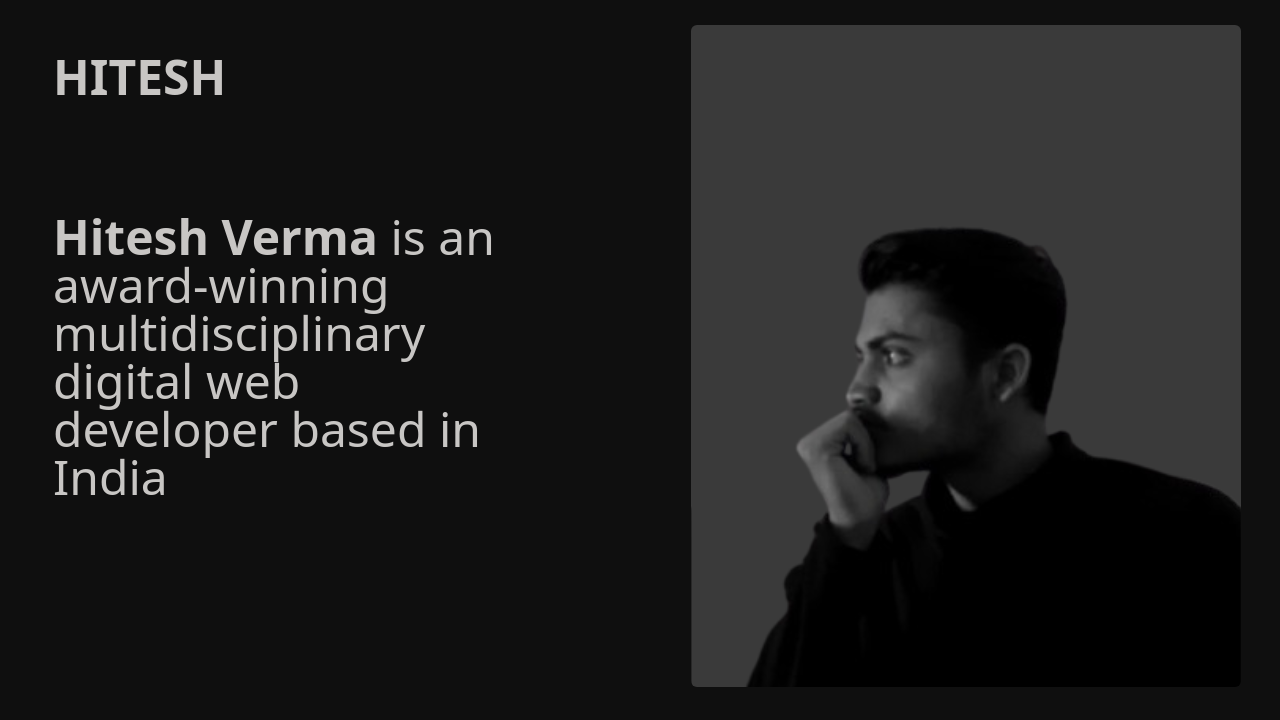
Repository: hitoutvrma/portfolio
Page: /
An editor plug-in stored every save of this project. The page is shown before and after the next save, followed by the edit.
The browser window is 1280 px wide. The pictures show the whole page.
The project was rebuilt for these pictures with package versions that can differ from the ones it lists, and the page was loaded fresh each time. Also part of the build but not shown: vite.config.js.

Above is the page before, as saved 2025-03-07 00:57:05.

After the next save:
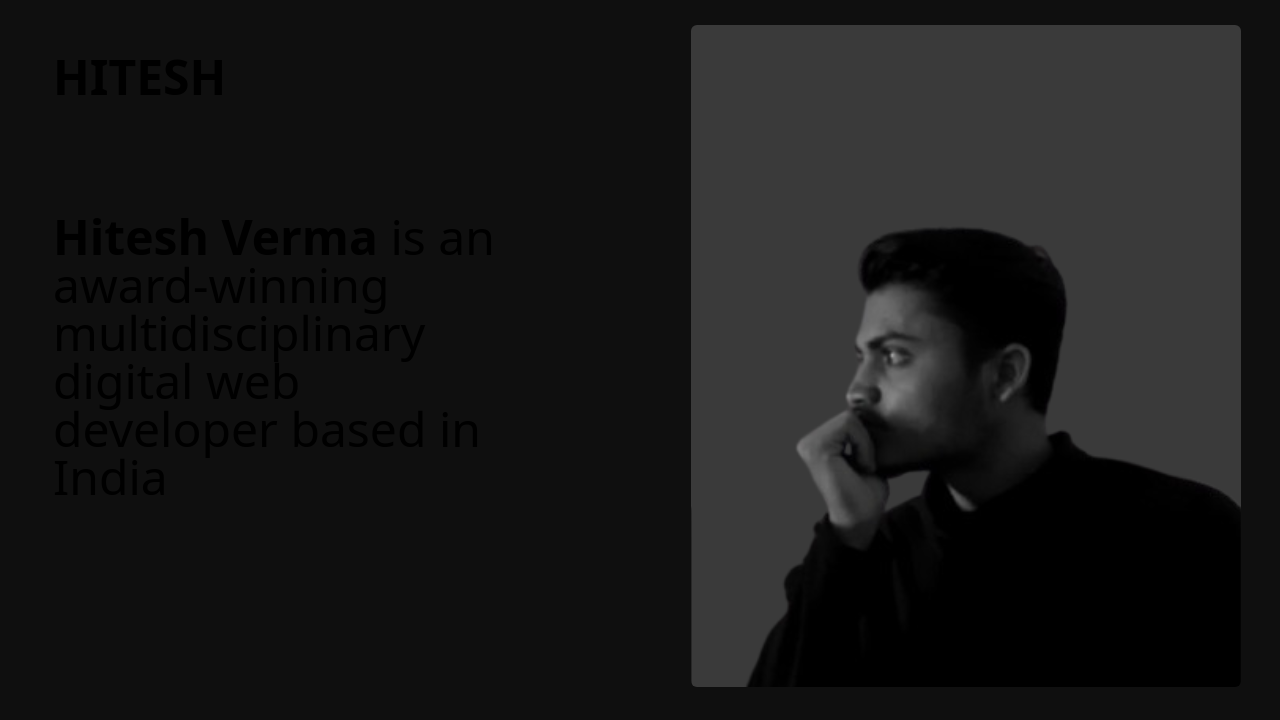
Saved 19 s later.
--- a/src/index.css
+++ b/src/index.css
@@ -1,6 +1,6 @@
 @import "tailwindcss";
 body{
     background-color: #0f0f0f;
-    color: #c8c6c4;
+    /* color: #c8c6c4; */
     padding: 25px;
 }

After the save that followed:
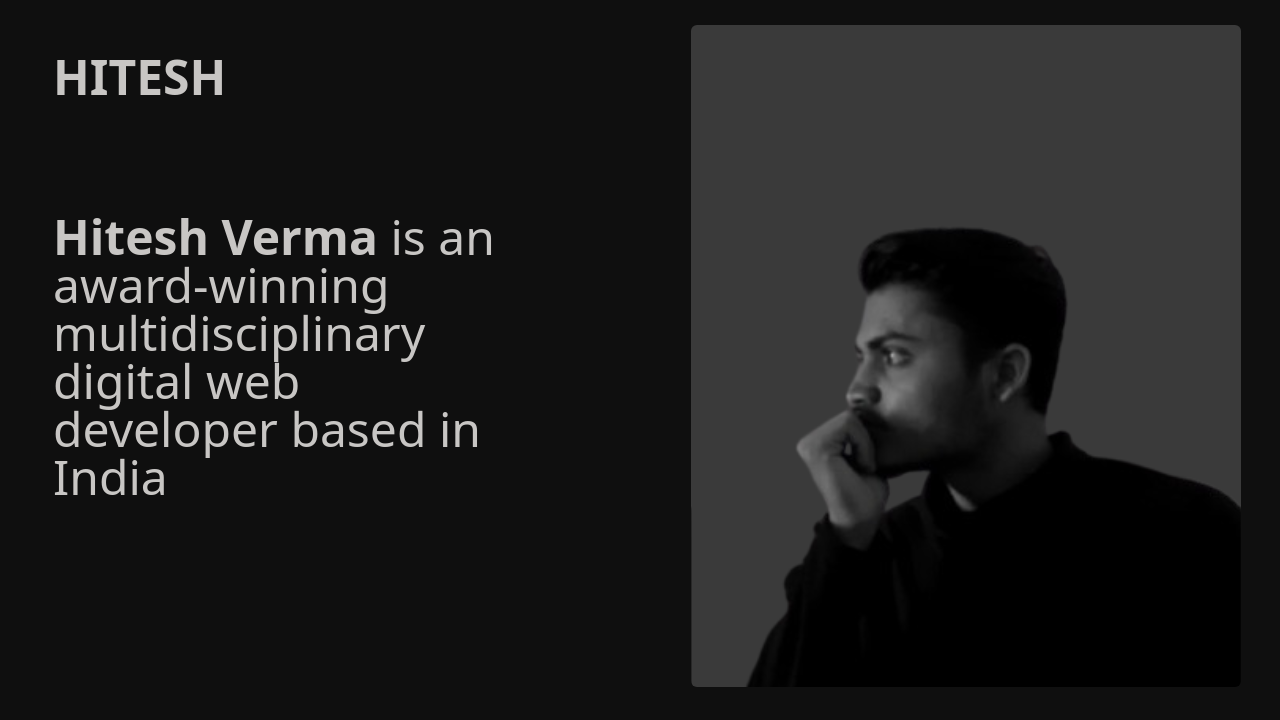
Saved 8 s later.
--- a/src/index.css
+++ b/src/index.css
@@ -1,6 +1,6 @@
 @import "tailwindcss";
 body{
     background-color: #0f0f0f;
-    /* color: #c8c6c4; */
+    color: #c8c6c4;
     padding: 25px;
 }
